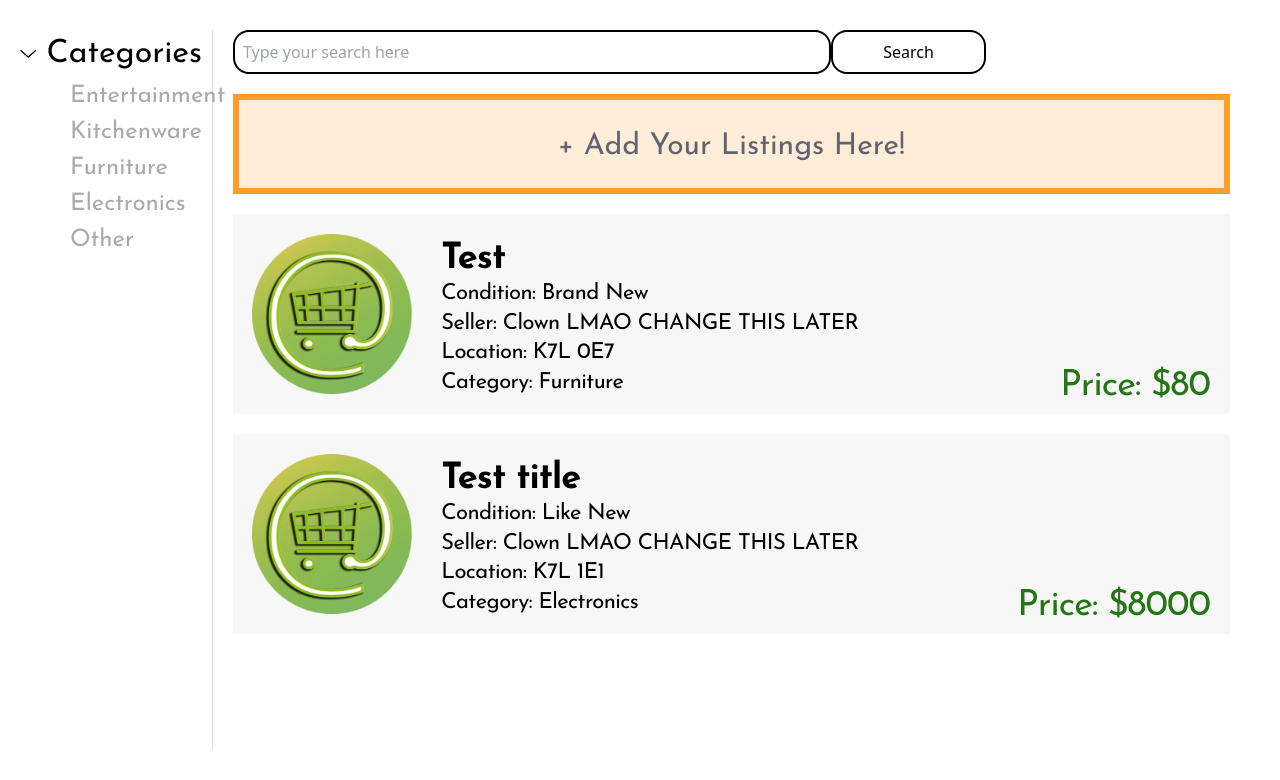
Repository: AdwaitSri/Kingston-Marketplace
Page: /listings (app in qhacks-24/)
The author's editor kept a copy of each file at every save. The page is drawn from the files as they stood at one save, then again after the next save.
The browser window is 1280 px wide. The pictures show the whole page.
The project was rebuilt for these pictures with package versions that can differ from the ones it lists, and the page was loaded fresh each time. Also part of the build but not shown: qhacks-24/src/components/HomeNavbar.js, qhacks-24/src/pages/Home.js, qhacks-24/src/pages/Signup.js, qhacks-24/src/components/CreationNavbar.js, qhacks-24/src/pages/Creation.js, qhacks-24/src/pages/Item.js.

Above is the page before, as saved 2024-02-03 19:24:33.

After the next save:
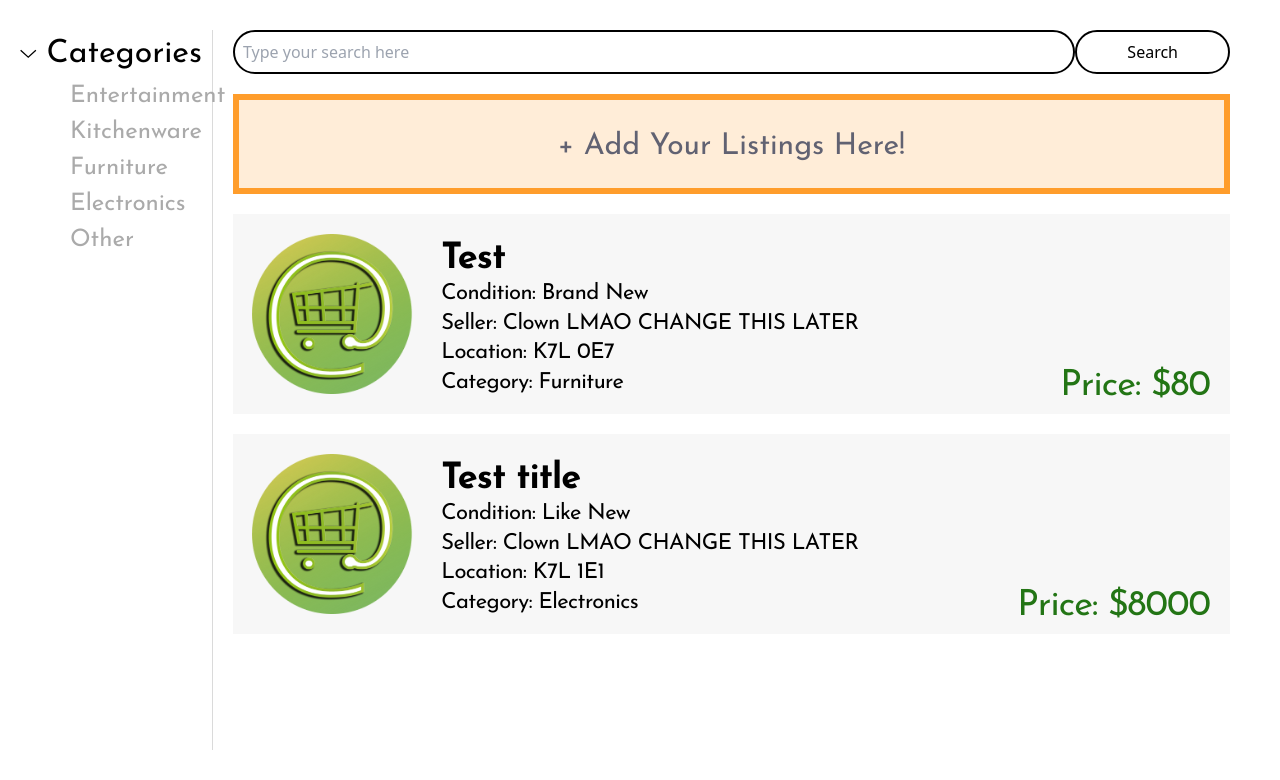
Saved 5 min 6 s later.
--- a/qhacks-24/src/pages/Listings.js
+++ b/qhacks-24/src/pages/Listings.js
@@ -190,12 +190,12 @@ export default function Listings() {
                 <div className=" mx-[20px]">
                     <form className="w-full flex">
                         <input
-                            className="border-2 border-black border-solid rounded-2xl w-[60%] p-2"
+                            className="border-2 border-black border-solid rounded-full w-[90%] p-2"
                             type="text"
                             name="search"
                             placeholder="Type your search here"
                         />
-                        <button type="submit" value="Search" className="border-2 border-solid border-black rounded-2xl px-[50px]">Search</button>
+                        <button type="submit" value="Search" className="border-2 border-solid border-black rounded-full px-[50px]">Search</button>
                     </form>
                 </div>
 
